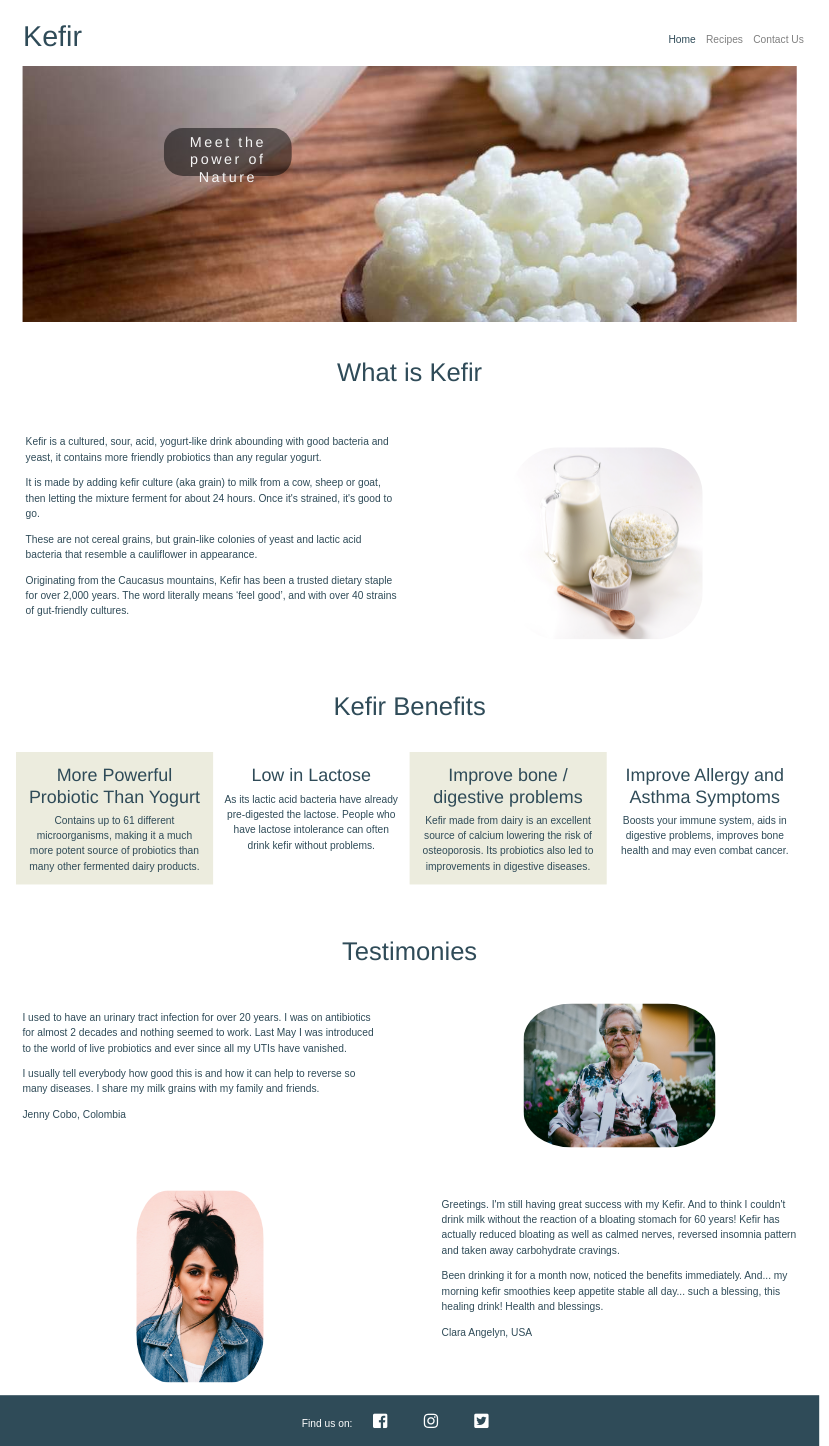
Repository: Code-Institute-Submissions/andna5980-kefir-repo_JuneResub
Page: index.html
These files come from the project's save history. The page is drawn as it stood at one moment and after the next save; the edit follows.
The browser window is 1280 px wide. The page is 1295 px wide, so the pictures cover 1295 px, including what lies to the right of the window. The pictures show the whole page, at 64% of full size.
Some web fonts or font styles are not loaded; a fallback is used. Some web libraries are served in a nearby version.

Above is the page before, as saved 2021-03-04 21:17:11.

### index.html
<!DOCTYPE html>
<html lang="en-US">

<head>
  <meta charset="UTF-8">
  <meta name="viewport" content="width=device-width, initial-scale=1.0">
  <meta name="author" content="Andres Navarrete">
  <meta name="description"
    content="Kefir, meet the power of nature. Bring the right knowledge and the best recipes from mother nature">
  <meta name="keywords" content="Kefir, recipes, natural-products, home-made, organic, healthy">
  <title>KEFIR | MEET THE POWER OF NATURE</title>
  <link rel="stylesheet" href="https://cdn.jsdelivr.net/npm/bootstrap@4.5.3/dist/css/bootstrap.min.css"
    integrity="sha384-TX8t27EcRE3e/ihU7zmQxVncDAy5uIKz4rEkgIXeMed4M0jlfIDPvg6uqKI2xXr2" crossorigin="anonymous">
  <link rel="stylesheet" href="https://use.fontawesome.com/releases/v5.6.3/css/all.css"
    integrity="sha384-UHRtZLI+pbxtHCWp1t77Bi1L4ZtiqrqD80Kn4Z8NTSRyMA2Fd33n5dQ8lWUE00s/" crossorigin="anonymous">
  <link href="./assets/styles/style.css" rel="stylesheet">
</head>

<body>
  <!-- Main Header -->
  <header>
    <nav class="navbar navbar-expand-md navbar-light">
      <a class="navbar-brand" href="index.html">Kefir</a>
      <button class="navbar-toggler" type="button" data-toggle="collapse" data-target="#navbarNav"
        aria-controls="navbarNav" aria-expanded="false" aria-label="Toggle navigation">
        <span class="navbar-toggler-icon"></span>
      </button>
      <div class="collapse navbar-collapse menu-items" id="navbarNav">
        <ul class="navbar-nav">
          <li class="nav-item active">
            <a class="nav-link" href="#">Home <span class="sr-only">(current)</span></a>
          </li>
          <li class="nav-item">
            <a class="nav-link" href="recipes.html">Recipes</a>
          </li>
          <li class="nav-item">
            <a class="nav-link" href="contact.html">Contact Us</a>
          </li>

        </ul>
      </div>
    </nav>
  </header>

  <!-- Hero Image -->

  <div class=" container-hero">
    <div class="hero-image col-12"></div>
    <div class="cover-text">
      <h2>Meet the power of Nature</h2>
    </div>

  </div>


  <!-- What is kefir -->

  <section>
    <div class="row">
      <div class="welcome-text col-12">
        <h1>What is Kefir</h1>
      </div>
    </div>

    <div class="kefir-description row">
      <div class="col-12 col-sm-6 ">
        <p>Kefir is a cultured, sour, acid, yogurt-like drink abounding with good bacteria and yeast, it contains
          more friendly probiotics than any regular yogurt.</p>
        <p>It is made by adding kefir culture (aka grain) to milk from a cow, sheep or goat, then letting the
          mixture ferment for about 24 hours. Once it's strained, it's good to go.</p>
        <p>These are not cereal grains, but grain-like colonies of yeast and lactic acid bacteria that resemble a
          cauliflower in appearance.</p>
        <p>Originating from the Caucasus mountains, Kefir has been a trusted dietary staple for over 2,000 years.
          The word literally means ‘feel good’, and with over 40 strains of gut-friendly cultures.</p>
      </div>

      <div class="col-12 col-sm-6 ">
        <div class="kefir-description-image">
          <img src="./assets/images/milk-products-dairy.jpg" alt="diferent-kefir-derivates" height="300" width="300">
        </div>
      </div>
    </div>

  </section>


  <!-- Kefir benefits -->

  <section class="benefits-title">
    <div class="row ">
      <div class="  col-12">
        <h1>Kefir Benefits</h1>
      </div>
    </div>

    <div class="row benefits-row">
      <div class="benefits-box1 col-12 col-sm-6 col-md-3">
        <h3>More Powerful Probiotic Than Yogurt</h3>
        <p>Contains up to 61 different microorganisms, making it a much
          more potent source of probiotics than many other fermented dairy products.
        </p>
      </div>
      <div class=" benefits-box col-12 col-sm-6 col-md-3">
        <h3>Low in Lactose </h3>
        <p>As its lactic
          acid bacteria have already pre-digested the lactose. People who have lactose
          intolerance can often drink kefir without problems.
        </p>

      </div>
      <div class=" benefits-box1 col-12 col-sm-6 col-md-3">
        <h3>Improve bone / digestive problems </h3>
        <p>Kefir made from dairy is an excellent source of calcium lowering the risk of osteoporosis. Its probiotics
          also led to improvements in digestive diseases.
        </p>
      </div>
      <div class="benefits-box col-12 col-sm-6 col-md-3">
        <h3>Improve Allergy and Asthma Symptoms</h3>
        <p>Boosts your immune system, aids in digestive problems, improves bone health and may even combat cancer.
        </p>
      </div>
    </div>
  </section>

  <!-- Testimonies -->

  <section>
    <div class="testimonies-title  row">
      <div class=" col-12">
        <h1>Testimonies</h1>
      </div>
    </div>

    <div class=" row">
      <div class=" testimony-box col-12 col-sm-6">
        <p>I used to have an urinary tract infection for over 20 years. I was on antibiotics for almost 2 decades and
          nothing seemed to work. Last May I was introduced to the world of live probiotics and ever since all my
          UTIs have vanished.</p>
        <p>I usually tell everybody how good this is and how it can help to reverse so many diseases. I share my
          milk grains with my family and friends.</p>
        <p>Jenny Cobo, Colombia</p>
      </div>

      <div class="col-12 col-sm-6">
        <div class="image-border testimony-image1">
          <img src="./assets/images/damir-bosnjak-VQ2L7t5qt_8-unsplash-min.jpg" alt="old-woman" height="225"
            width="300">
        </div>
      </div>
    </div>

    <div class=" row flex-column-reverse flex-sm-row ">
      <div class="image-border testimony-image2 col-12 col-sm-6 col.order-1.order-xs-2">
        <img src="./assets/images/matheus-ferrero-W7b3eDUb_2I-unsplash.jpg" alt="young-woman" height="300">
      </div>

      <div class="testimony-box col-12 col-sm-6 ">
        <p>Greetings. I'm still having great success with my Kefir. And to think I couldn't drink milk without the
          reaction of a bloating stomach for 60 years! Kefir has actually reduced bloating as well as calmed
          nerves, reversed insomnia pattern and taken away carbohydrate cravings.</p>
        <p> Been drinking it for a month now, noticed the benefits immediately. And... my morning kefir smoothies
          keep appetite stable all day... such a blessing, this healing drink! Health and blessings.</p>
        <p>Clara Angelyn, USA</p>
      </div>

    </div>
  </section>


  <footer>
    <div class="social-networks">
      <span>Find us on:</span>
      <a href="http://facebook.com" target="_blank"><i class="fab fa-facebook-square"></i></a>

      <a href="http://instagram.com" target="_blank"><i class="fab fa-instagram"></i></a>

      <a href="http://twitter.com" target="_blank"><i class="fab fa-twitter-square"></i></a>
    </div>
  </footer>

  <script src="https://code.jquery.com/jquery-3.2.1.slim.min.js"
    integrity="sha384-KJ3o2DKtIkvYIK3UENzmM7KCkRr/rE9/Qpg6aAZGJwFDMVNA/GpGFF93hXpG5KkN"
    crossorigin="anonymous"></script>
  <script src="https://cdnjs.cloudflare.com/ajax/libs/popper.js/1.12.9/umd/popper.min.js"
    integrity="sha384-ApNbgh9B+Y1QKtv3Rn7W3mgPxhU9K/ScQsAP7hUibX39j7fakFPskvXusvfa0b4Q"
    crossorigin="anonymous"></script>
  <script src="https://maxcdn.bootstrapcdn.com/bootstrap/4.0.0/js/bootstrap.min.js"
    integrity="sha384-JZR6Spejh4U02d8jOt6vLEHfe/JQGiRRSQQxSfFWpi1MquVdAyjUar5+76PVCmYl"
    crossorigin="anonymous"></script>


</body>


</html>

### assets/styles/style.css
@import url('https://fonts.googleapis.com/css2?family=Amatic+SC&family=Caveat+Brush&display=swap');
body {
    font-family: Arial, Helvetica, sans-serif;
    color: #2F4B58;
    max-width: 2000px;
}

h1,h2,h3 {
    font-family: Caveat Brush, Helvetica, sans-serif;
    color: #2F4B58;
}

/*----------------------BORDER ROWS AND COLUMNS----------*/

.test-red {
    border: 3px solid red
}

.test-blue {
    border: 1px solid blue
}

/*-----------------------Header ----------*/

.navbar-brand {
    font-family: Caveat Brush, Helvetica, sans-serif;
    font-size: 280%;
    margin-left: 20px;
    margin-top: 10px;
}

.navbar-light .navbar-brand {
    color: #2F4B58;
}

.navbar-light .navbar-nav .active>.nav-link, .navbar-light .navbar-nav .nav-link.active, .navbar-light .navbar-nav .nav-link.show, .navbar-light .navbar-nav .show>.nav-link {
    color: #2f4b58;
}

.fixed-top{
    position: fixed;
}

.menu-items{
    justify-content: flex-end;
}


.navbar-nav li a {
    margin-top: 20px;
    color: #2F4B58;
}

.navbar-nav li a {
    margin-top: 20px;
    color: #2F4B58;
}

.navbar-toggler {
    border: 2px solid #2F4B58;
    color: #2F4B58;
}

/*-----------------------Hero-Image ----------*/

.container-hero {
    height: 400px;
    overflow: hidden;
}

.hero-image {
    height: 400px;
    /* width: 110%; */
    width: 140%;
    background: url(../images/milk-kefir-grains-spoon_1024x1024.jpg) no-repeat center;
    animation-name: hero-zoom;
    animation-duration: 4s;
    animation-fill-mode: forwards;
}

.cover-text h2 {
    color: whitesmoke;
    font-size: 140%;
    letter-spacing: 4px;
    text-align: center;
    width: 200px;
    height: 75px;
    padding-top: 10px;
    background-color: rgba(0, 0, 0, .5);
    border-radius: 30px;
    top: 200px;
    left: 20%;
    position: absolute;
}

/*------Animation of the Hero image-------*/

@keyframes hero-zoom {
    from {
        transform: scale(1);
    }
    to {
        transform: scale(1.2);
    }
}

/*-----------------------What-is-kefir-are----------*/

.welcome-text {
    text-align: center;
    margin: 25px 0;
    padding-top: 30px;
}

.kefir-description {
    padding: 40px;
}

.kefir-description-image {
    padding-top: 20px;
    text-align: center;
}

/*-----------------------Kefir-Benefits-Area----------*/

.benefits-title {
    text-align: center;
    margin: 40px 0;
}

.benefits-row {
    padding: 40px;
    color: #2F4B58;
}

.benefits-box {
    padding-top: 20px;
}

.benefits-box1 {
    background-color: #ECECDE;
    padding-top: 20px;
}

/*-----------------------Testimonies----------*/

.testimonies-title {
    text-align: center;
    margin: 25px 0;
    margin-top: 10px;
    margin-bottom: 10px;
}

.testimony-image1 {
    padding-top: 40px;
    /* padding-left: 50px;  */
    display: flex;
    justify-content: center;
}

.testimony-image2 {
    padding-top: 40px;
    /* padding-left: 100px;  */
    display: flex;
    justify-content: center;
}

.testimony-box {
    padding: 50px;
    justify-content: center;
}

img {
    border-radius: 25%;
}

/*-----------------------Recipes-Page----------*/

.recipes-title {
    text-align: center;
}

.picture-box {
    padding-top: 5px;
    display: flex;
    justify-content: center;
}

/*-----------------------Contact-Page----------*/

.form-section {
    clear: right;
    background: url(../images/milk-products-dairy-wood-table.jpg) no-repeat center;
    opacity: 0.9;
    background-size: cover;
    background-position: right;
    height: 750px;
    border-radius: 3%;
}

.contact-form {
    margin-top: 100px;
    color: white;
    background-color: rgba(0, 0, 0, 0.7);
    max-width: 320px;
    position: absolute;
    left: 10%;
    padding: 20px;
    border-radius: 25px;
}

.contact-form>h2 {
    margin-bottom: 15px;
    font-size: xx-large;
    color: white;
}

.text-input {
    background: white;
    color: black;
    width: 100%;
    height: 30px;
    margin: 5px 0 20px 0;
    border: 1px solid black;
    border-radius: 3px;
}

.button {
    margin-top: 20px;
    border-radius: 10px;
    padding: 15px 32px 15px 32px;
    text-align: center;
    font-size: 100%;
    background-color: white;
    color: black;
    display: block;
}

.button:hover {
    background-color: black;
    color: white;
}

/*-----------------------Footer----------*/

footer {
    height: 80px;
    width: 100%;
    background-color: #2F4B58;
    overflow: hidden;
    margin-top: 20px;
}

.social-networks {
    text-align: center;
    margin-right: 20px;
}

.social-networks a {
    color: white;
    display: inline-block;
    margin: 1px;
    padding: 2%;
    transition: all 0.35s ease-in-out;
    -moz-transition: all 0.35s ease-in-out;
    -webkit-transition: all 0.35s ease-in-out;
    -o-transition: all 0.35s ease-in-out;
}

.social-networks a i:hover {
    color: black;
}

.social-networks i {
    font-size: 160%;
    margin: 1%;
    padding: 5%;
    color: white;
}

.social-networks span {
    color: white;
}

After the next save:
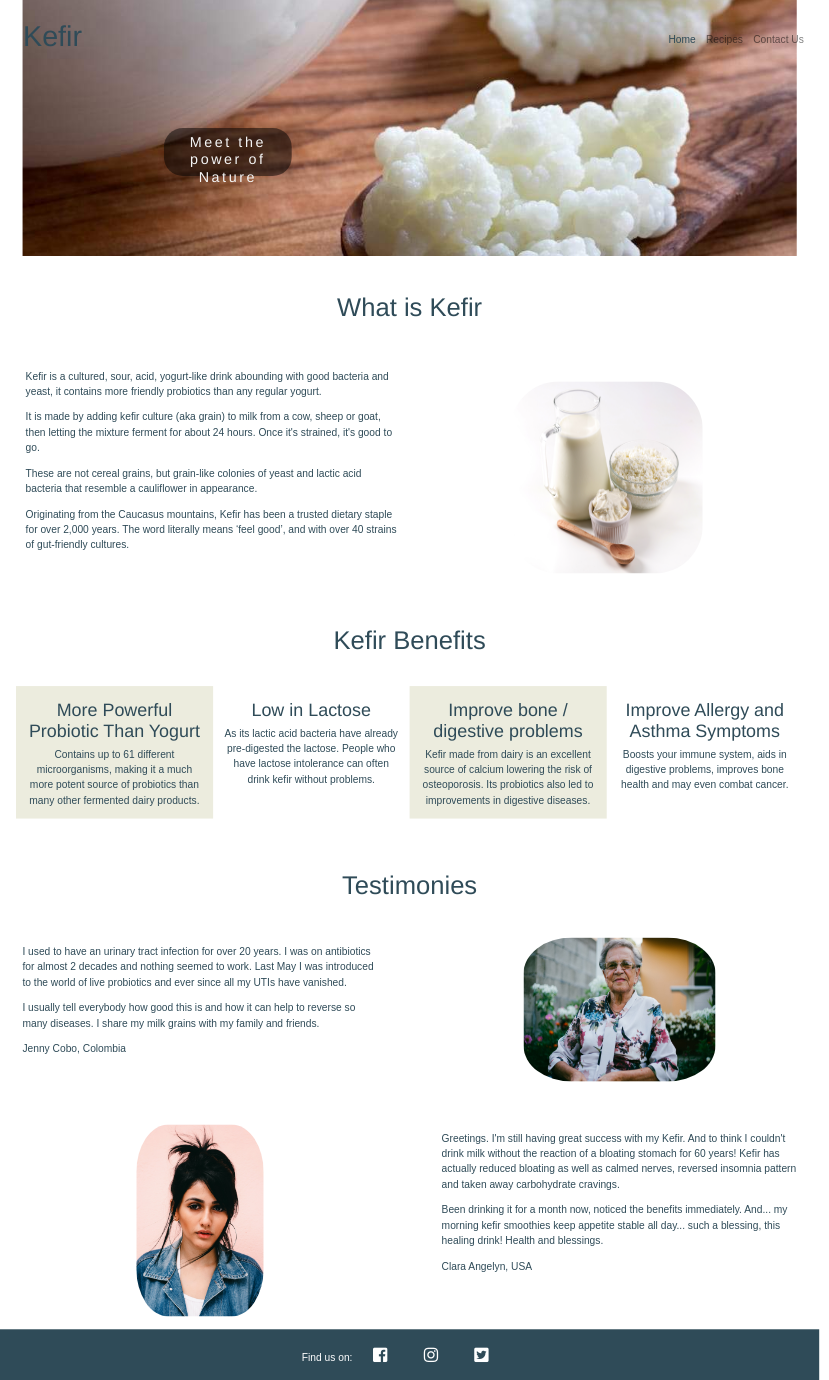
Saved 3 s later.
--- a/index.html
+++ b/index.html
@@ -19,7 +19,7 @@
 <body>
   <!-- Main Header -->
   <header>
-    <nav class="navbar navbar-expand-md navbar-light">
+    <nav class="navbar navbar-expand-md navbar-light fixed-top">
       <a class="navbar-brand" href="index.html">Kefir</a>
       <button class="navbar-toggler" type="button" data-toggle="collapse" data-target="#navbarNav"
         aria-controls="navbarNav" aria-expanded="false" aria-label="Toggle navigation">

After the 3 saves that followed:
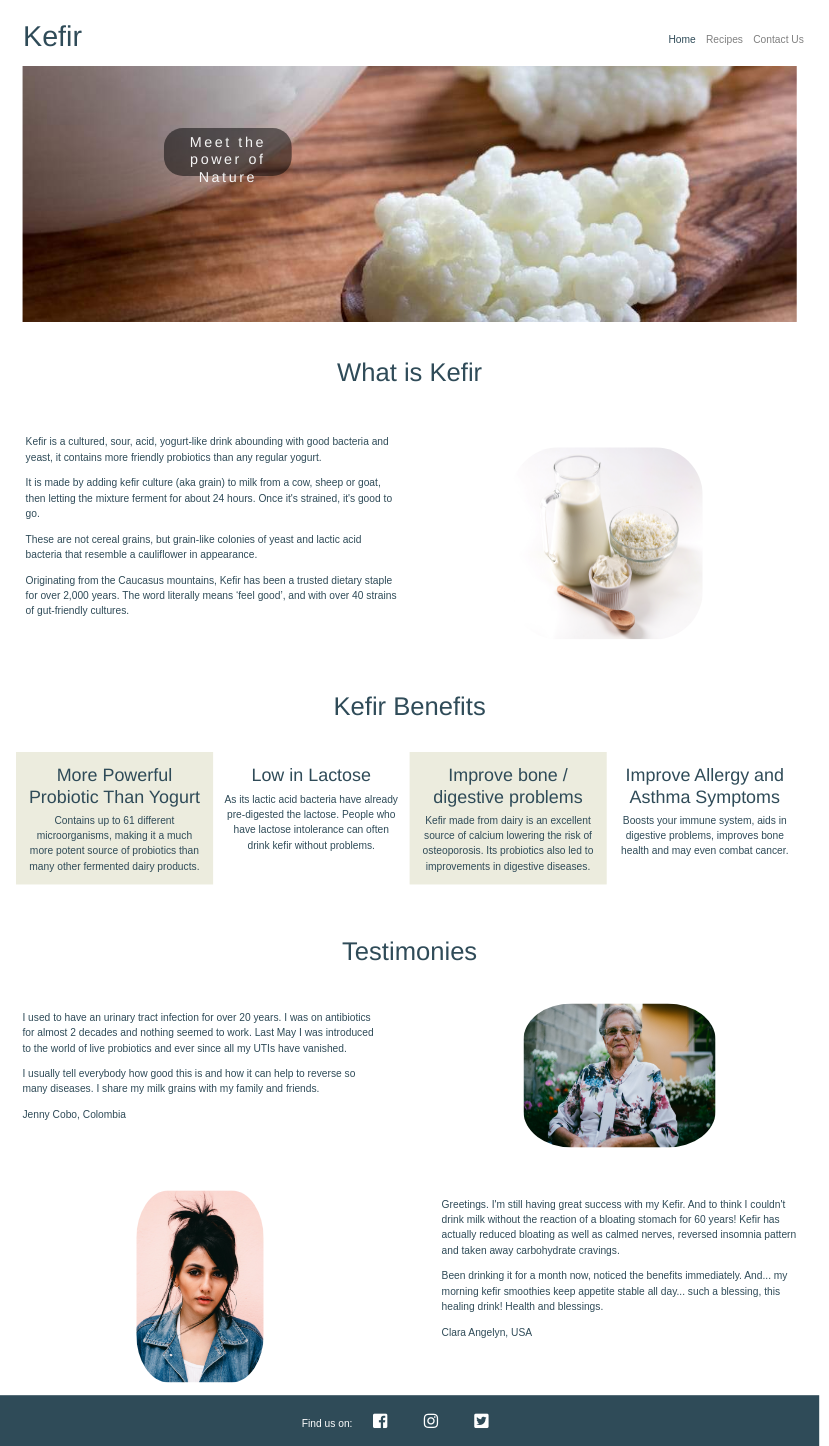
The 3 saves are shown as one change because 2 left the picture as it was.
The last was saved 3 min 18 s later.
--- a/index.html
+++ b/index.html
@@ -19,7 +19,7 @@
 <body>
   <!-- Main Header -->
   <header>
-    <nav class="navbar navbar-expand-md navbar-light fixed-top">
+    <nav class="navbar navbar-expand-md navbar-light">
       <a class="navbar-brand" href="index.html">Kefir</a>
       <button class="navbar-toggler" type="button" data-toggle="collapse" data-target="#navbarNav"
         aria-controls="navbarNav" aria-expanded="false" aria-label="Toggle navigation">
--- a/assets/styles/style.css
+++ b/assets/styles/style.css
@@ -37,9 +37,10 @@ h1,h2,h3 {
     color: #2f4b58;
 }
 
-.fixed-top{
+/* .fixed-top{
     position: fixed;
-}
+    z-index: 1000;
+} */
 
 .menu-items{
     justify-content: flex-end;
